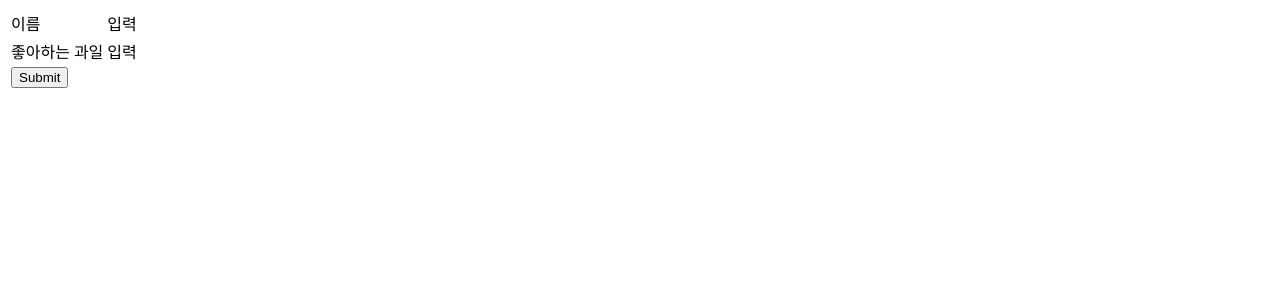
Repository: Jipumpkin/WebServer
Page: JSP2/src/main/webapp/input_info.html
The author's editor kept a copy of each file at every save. The page is drawn from the files as they stood at one save, then again after the next save.
The browser window is 1280 px wide. The pictures show the whole page.

Above is the page before, as saved 2024-08-07 02:27:24.

### JSP2/src/main/webapp/input_info.html
<!DOCTYPE html>
<html>
<head>
<meta charset="EUC-KR">
<title>Insert title here</title>
</head>
<body>

	<table>
		<tr>
			<td>이름</td>
			<td>입력</td>
		</tr>
		<tr>
			<td>좋아하는 과일</td>
			<td>입력</td>
		</tr>
		<tr>
			<td><input type="submit"> </td>
		</tr>

	</table>

</body>
</html>

After the next save:
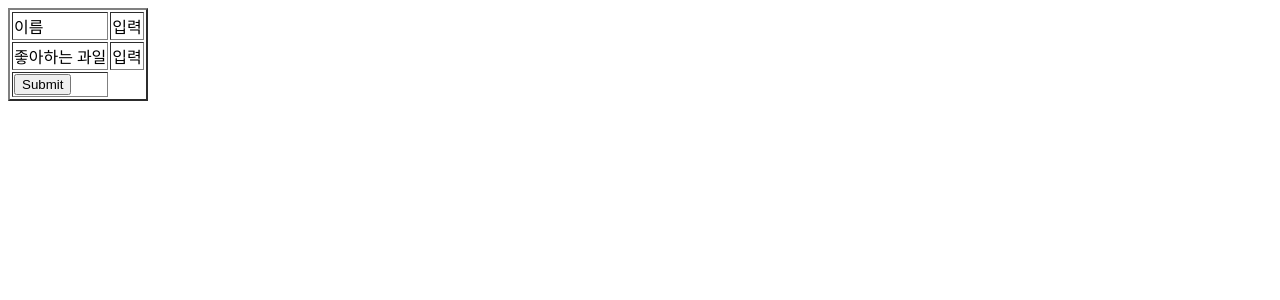
Saved 3 min 53 s later.
--- a/JSP2/src/main/webapp/input_info.html
+++ b/JSP2/src/main/webapp/input_info.html
@@ -6,7 +6,7 @@
 </head>
 <body>
 
-	<table>
+	<table border="2px solid red">
 		<tr>
 			<td>이름</td>
 			<td>입력</td>
